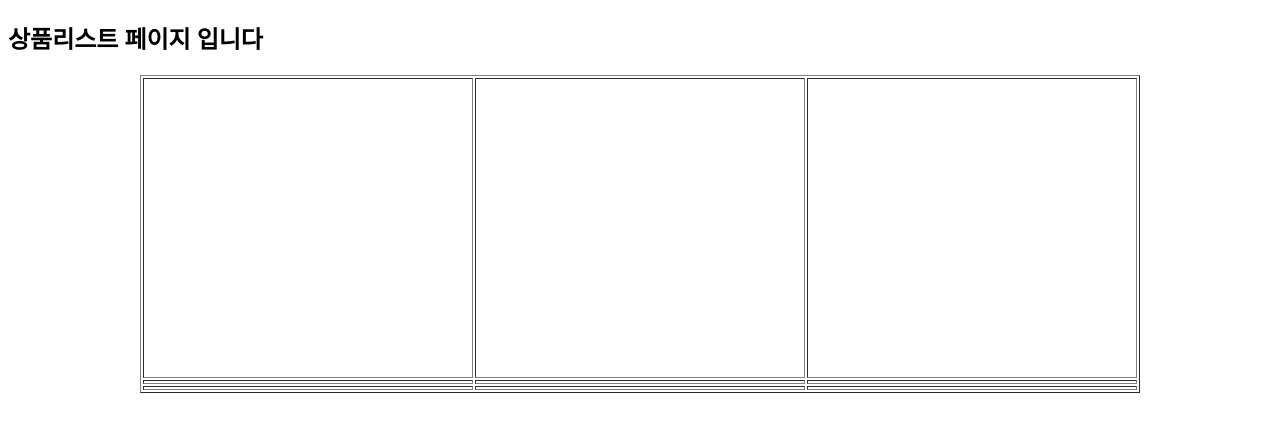
Repository: simjinbo/shoppingmall-lookbom
Page: http://localhost/lookBomProject/views/product/productListView.jsp
The author's editor kept a copy of each file at every save. The page is drawn from the files as they stood at one save, then again after the next save.
The browser window is 1280 px wide. The pictures show the whole page.
The page is served by Tomcat 9. Nobody is signed in. The application's start-up code is not run.

Above is the page before, as saved 2019-03-12 03:45:11.

After the next save:
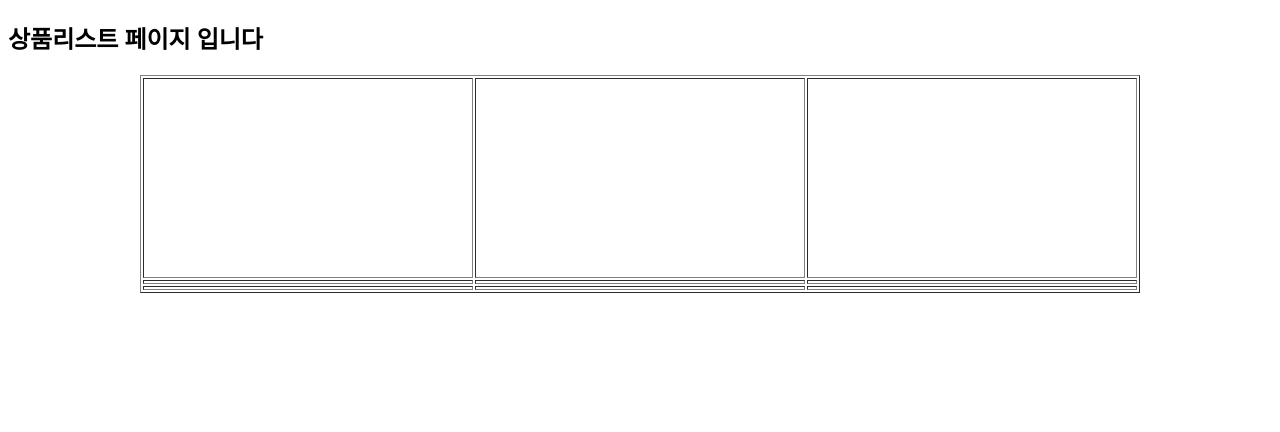
Saved 4 s later.
--- a/lookBomProject/web/views/product/productListView.jsp
+++ b/lookBomProject/web/views/product/productListView.jsp
@@ -9,7 +9,7 @@
 <body>
 <h2>상품리스트 페이지 입니다</h2>
 <table align ="center" width="1000" border="1px solid #bcbcbc">
-<tr height="300"><th></th><th></th><th></th></tr>
+<tr height="200"><th></th><th></th><th></th></tr>
 <tr><th></th><th></th><th></th></tr>
 <tr><th></th><th></th><th></th></tr>
 </table>
